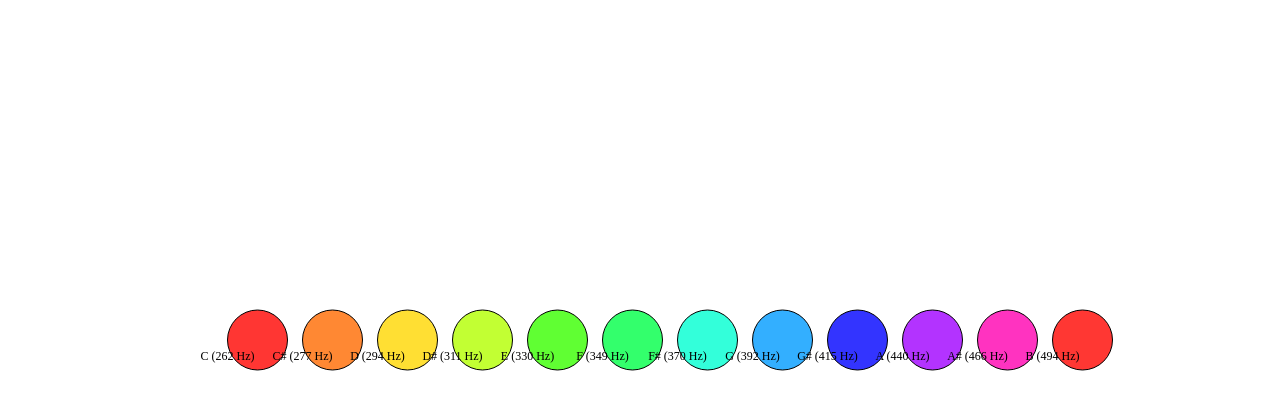
Repository: studiorichie/richielau.com
Page: assets/sound-to-color.html
An editor plug-in stored every save of this project. The page is shown before and after the next save, followed by the edit.
The browser window is 1280 px wide. The pictures show the whole page.

Above is the page before, as saved 2024-11-06 19:45:35.

After the next save:
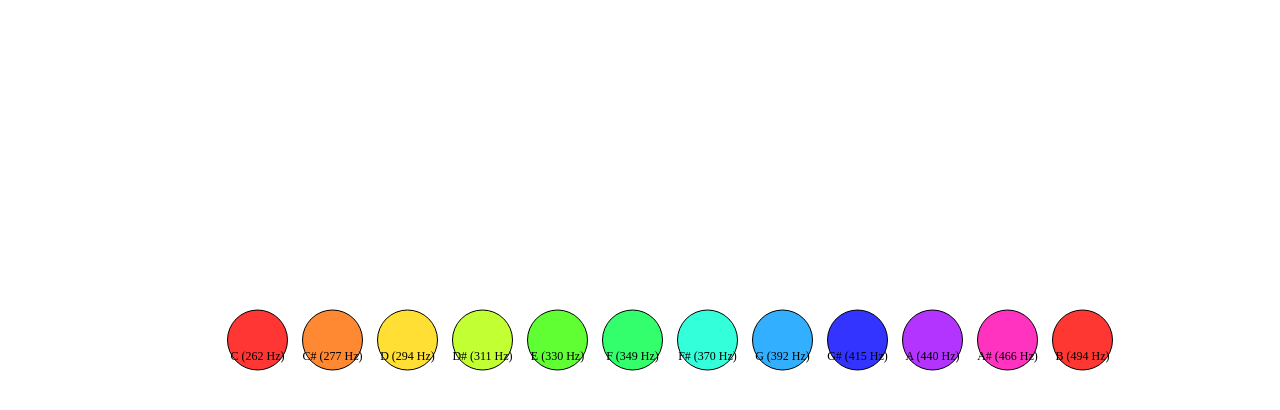
Saved 5 min 18 s later.
--- a/assets/sound-to-color.html
+++ b/assets/sound-to-color.html
@@ -177,12 +177,17 @@
             const svgWidth = document.getElementById("chart").clientWidth;
             const circleRadius = 30;
             const padding = 15;
-            const circlesPerRow = Math.floor(svgWidth / (circleRadius * 2 + padding));
+            const circlesPerRow = Math.max(1, Math.floor(svgWidth / (circleRadius * 2 + padding))); // Minimum of 1 circle per row
 
             d3.select("#chart")
                 .selectAll("circle")
                 .attr("cx", (d, i) => (i % circlesPerRow) * (circleRadius * 2 + padding) + circleRadius)
                 .attr("cy", (d, i) => Math.floor(i / circlesPerRow) * (circleRadius * 2 + padding) + circleRadius);
+
+            d3.select("#chart")
+                .selectAll(".label")
+                .attr("x", (d, i) => (i % circlesPerRow) * (circleRadius * 2 + padding) + circleRadius)
+                .attr("y", (d, i) => Math.floor(i / circlesPerRow) * (circleRadius * 2 + padding) + circleRadius + 20);
         }
 
         // Call adjustCircleLayout on page load and resize
@@ -190,6 +195,7 @@
         window.addEventListener("resize", adjustCircleLayout);
 
 
+
     </script>
 </body>
 
